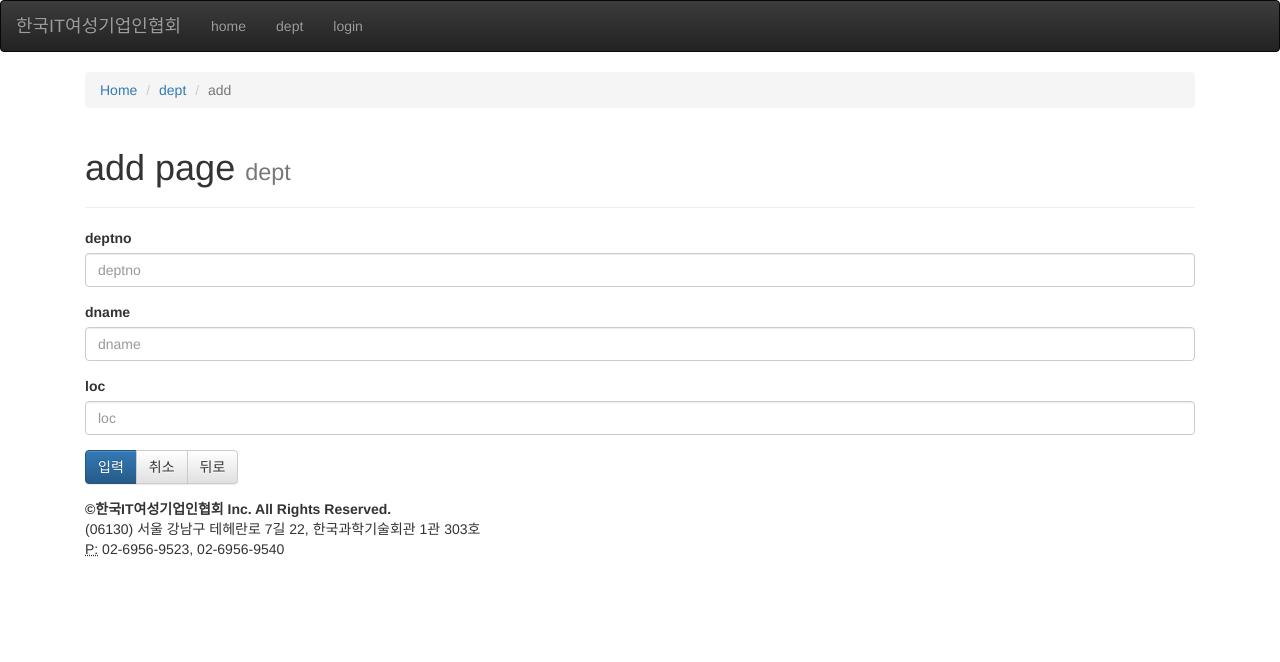
Repository: minho00123/sw-professional-training
Page: http://localhost/sts06/WEB-INF/views/dept/add.jsp
An editor plug-in stored every save of this project. The page is shown before and after the next save, followed by the edit.
The browser window is 1280 px wide. The pictures show the whole page.
The page is served by Tomcat 9. Nobody is signed in. The template is opened directly, without the code that normally fills it, so the values that code supplies are empty.

Above is the page before, as saved 2025-05-20 07:30:46.
Console error (its wording comes from the project's code and is left out).

After the next save:
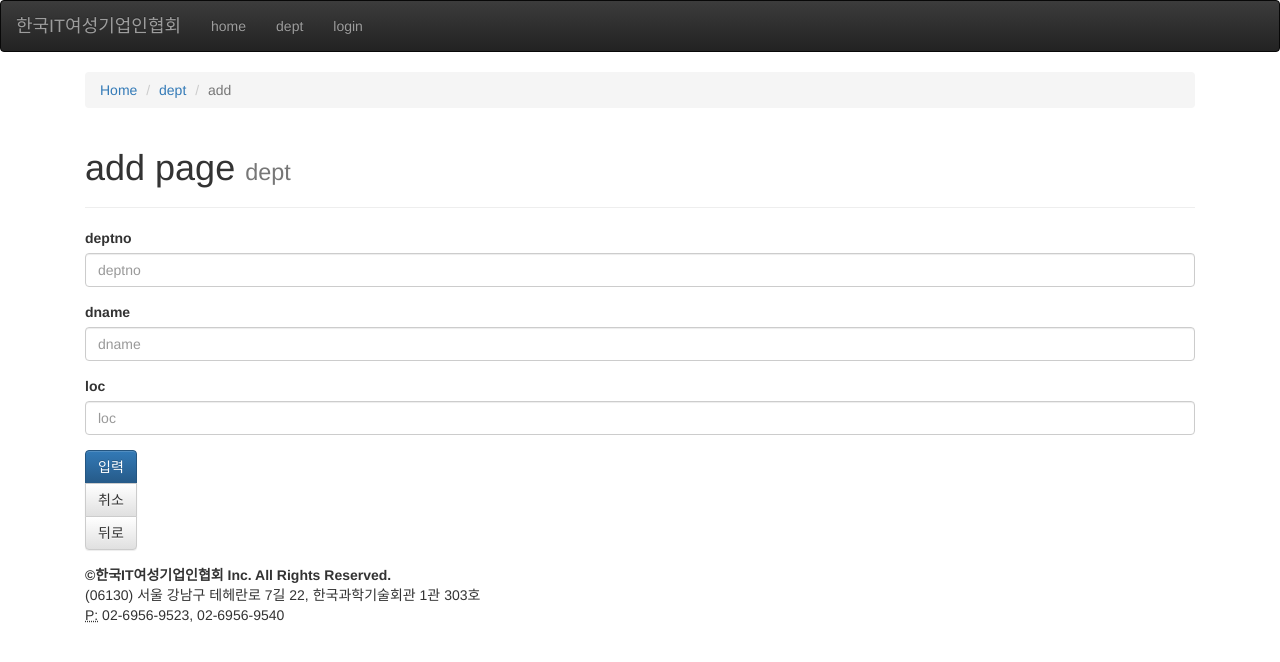
Saved 39 s later.
--- a/stsWorkspace/sts06/src/main/webapp/WEB-INF/views/dept/add.jsp
+++ b/stsWorkspace/sts06/src/main/webapp/WEB-INF/views/dept/add.jsp
@@ -33,7 +33,7 @@
 				placeholder="loc" />
 		</div>
 		<div class="form-group">
-			<div class="btn-group" role="group" aria-label="...">
+			<div class="btn-group-vertical" role="group" aria-label="...">
 				<button class="btn btn-primary" type="submit">입력</button>
 				<button class="btn btn-default" type="reset">취소</button>
 				<button class="btn btn-default" type="button"
